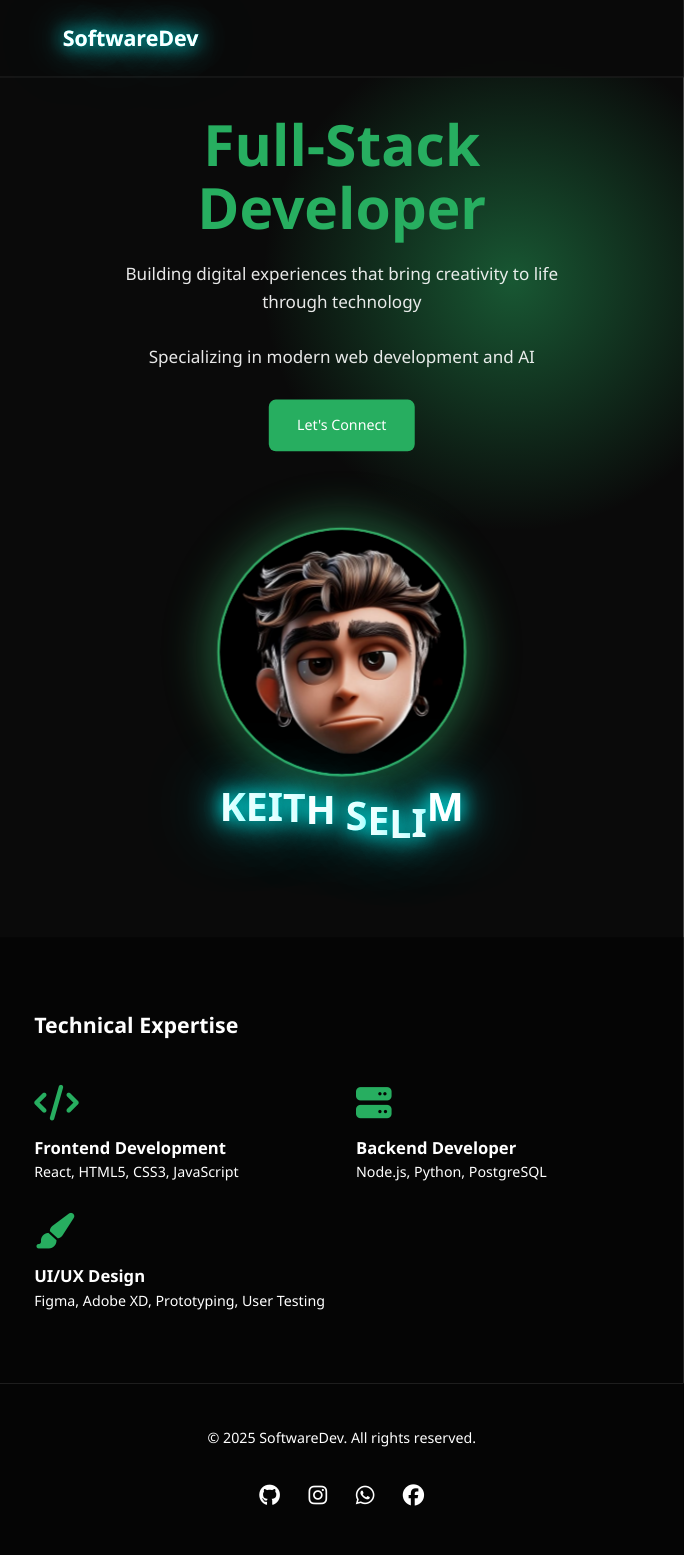
Repository: PEEZYBEE/my-react-portfolio
Page: /
An editor plug-in stored every save of this project. The page is shown before and after a run of saves, followed by the edit.
The browser window is 768 px wide. The pictures show the whole page, at 89% of full size.
The project was rebuilt for these pictures with package versions that can differ from the ones it lists, and the page was loaded fresh each time. Also part of the build but not shown: vite.config.js.

Above is the page before, as saved 2025-04-21 02:29:20.

After the next 2 saves:
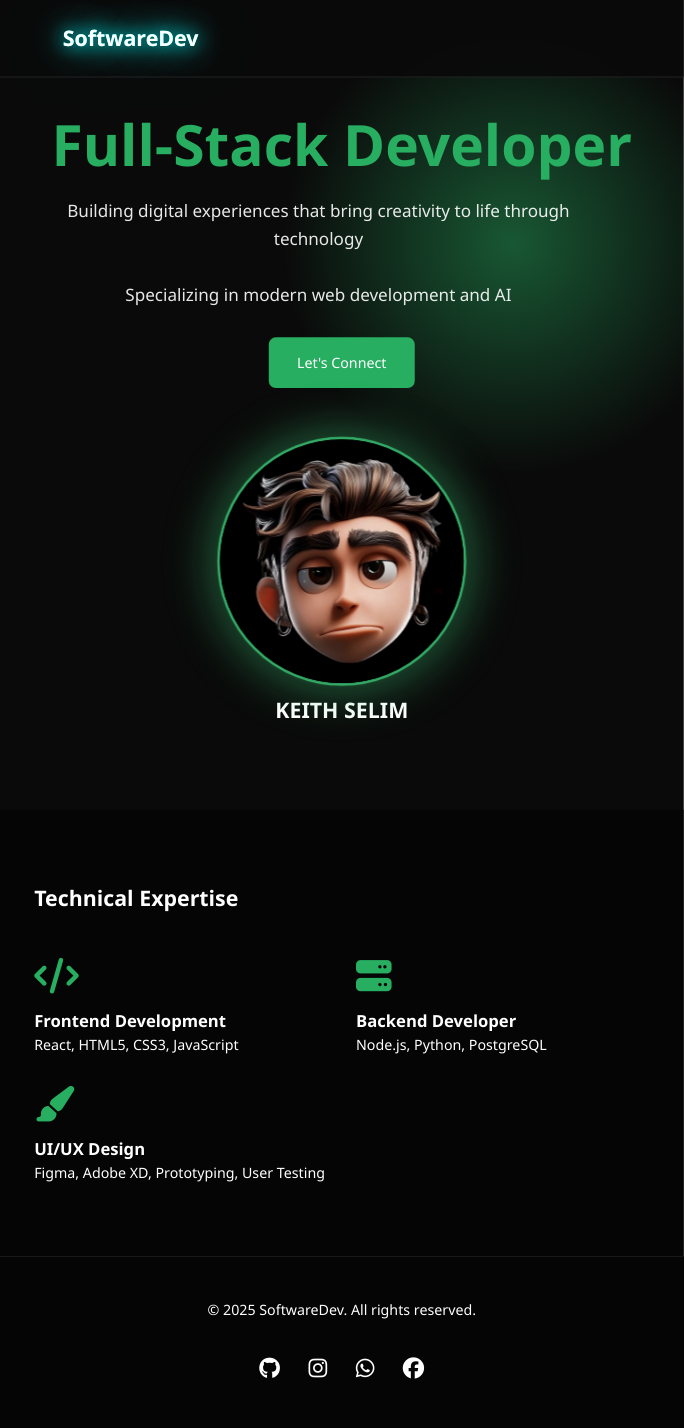
The 2 saves are shown as one change because they came seconds apart.
The last was saved 7 min 1 s later.
--- a/src/components/Hero.css
+++ b/src/components/Hero.css
@@ -1,84 +1 @@
-.hero {
-  display: flex;
-  justify-content: space-between;
-  align-items: center;
-  padding: 2rem;
-  flex-wrap: wrap;
-}
-
-.hero-content {
-  flex: 1;
-  max-width: 500px;
-}
-
-.hero-image-container {
-  flex: 1;
-  display: flex;
-  justify-content: center;
-  align-items: center;
-  margin-left: 30rem; /* Keep this for larger screens */
-}
-
-.profile-wrapper {
-  display: flex;
-  flex-direction: column;
-  align-items: center;
-}
-
-.profile-img {
-  width: 200px;
-  height: 200px;
-  object-fit: cover;
-  border-radius: 50%;
-  border: 3px solid #646cff;
-  margin-bottom: 1rem;
-}
-
-.bouncing-letters span {
-  display: inline-block;
-  color: white;
-  text-shadow: 0px 0px 0px cyan,
-               0px 0px 20px cyan,
-               0px 0px 40px cyan,
-               0px 0px 80px cyan;
-  font-size: 44px;
-  font-weight: bold;
-  animation: bounce 0.8s ease infinite alternate;
-}
-
-@keyframes bounce {
-  0% { transform: translateY(0); }
-  100% { transform: translateY(-20px); }
-}
-
-.bouncing-letters span:nth-child(1) { animation-delay: 0.1s; }
-.bouncing-letters span:nth-child(2) { animation-delay: 0.2s; }
-.bouncing-letters span:nth-child(3) { animation-delay: 0.3s; }
-.bouncing-letters span:nth-child(4) { animation-delay: 0.4s; }
-.bouncing-letters span:nth-child(5) { animation-delay: 0.5s; }
-.bouncing-letters span:nth-child(6) { animation-delay: 0.6s; }
-.bouncing-letters span:nth-child(7) { animation-delay: 0.7s; }
-.bouncing-letters span:nth-child(8) { animation-delay: 0.8s; }
-.bouncing-letters span:nth-child(9) { animation-delay: 0.9s; }
-.bouncing-letters span:nth-child(10) { animation-delay: 1.0s; }
-
-@media (max-width: 768px) {
-  .hero {
-    flex-direction: column; /* Stack items vertically on smaller screens */
-    align-items: center; /* Center content */
-  }
-
-  .hero-image-container {
-    margin-left: 0; /* Reset left margin for small screens */
-    margin-top: 2rem; /* Add some space at the top */
-    justify-content: center; /* Center the content */
-  }
-
-  .profile-img {
-    width: 150px; /* Adjust profile image size for small screens */
-  }
-
-  .bouncing-letters {
-    font-size: 30px; /* Adjust text size for small screens */
-  }
-}
+nan we have the green background adjusting and moving exactly where the hero.mage container moves
